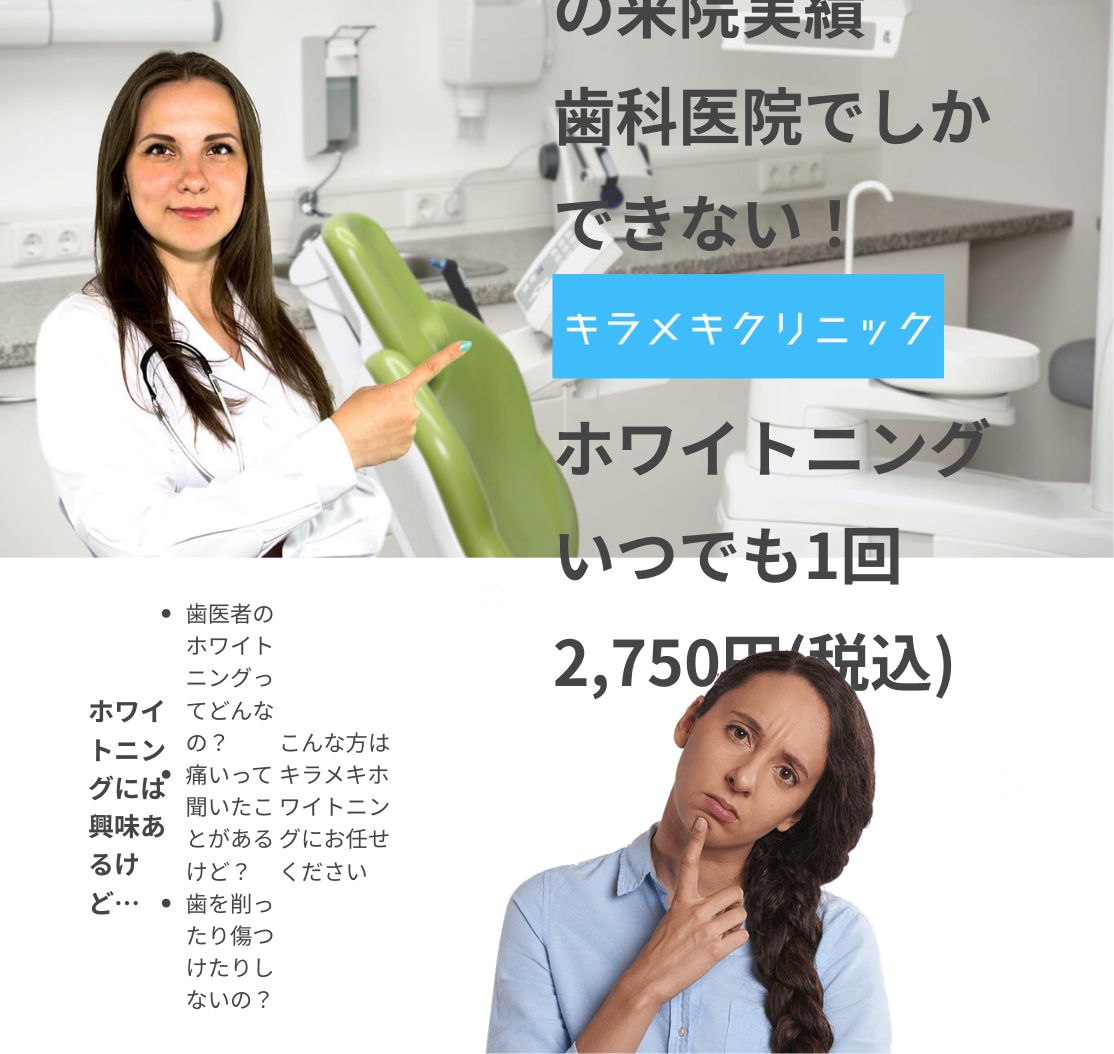
Repository: ryu-nuno/tech_academy_subwork
Page: first/index.html
The author's editor kept a record of every edit. The page is drawn from the files as they stood at one moment, then again after the next edit.
The browser window is 1280 px wide. The pictures show the whole page, at 87% of full size.
Some web libraries are served in a nearby version.

Above is the page before.

### first/index.html
<!DOCTYPE html>
<html lang="ja">

  <head>
    <title>first</title>
  <meta charset="utf-8">
  <meta name="description" content="kirameki clinic">
  <meta name="viewport" content="width=device-width, initial-scale=1">
  <meta property="og:site_name" content="キラメキクリニック｜歯科医院でホワイトニング" />
  <meta property="og:title" content="キラメキクリニック｜歯科医院でホワイトニング">
  <meta property="og:description" content="キラメキクリニックは、年間15万人以上の来院実績がある歯科医院です。有資格者によるプロの施術を1回2,750円〜で手軽にホワイトニングができます。ホワイトニングをしてみたい方はお問い合わせの上ぜひご来院ください！">
  <meta property="og:type" content="article">
  <meta property="og:url" content="https://demo.techacademy.jp/sidejob-selfstudy1/">
  <meta property="og:image" content="https://demo.techacademy.jp/sidejob-selfstudy1/images/main_pc.jpg">
  <meta property="og:locale" content="ja_JP">
  <link rel="stylesheet" href="assets/ress/ress.min.css">
  <link rel="stylesheet" href="css/style.css">
  <script src="https://kit.fontawesome.com/ab2670e4fc.js" crossorigin="anonymous"></script>
  </head>

  <body>
    <header class="container">
    <div class="contents_width">
      <div class="wrapper">
        <h1>
          <span>年間15万人以上の来院実績</span>
          <span>歯科医院でしかできない！</span>
          <img src="img/logo_top.png" alt="キラメキクリニック">
        </h1>
        <p>
          <span>ホワイトニング</span>
          <span>いつでも1回2,750円(税込)</span>
        </p>
      </div>
    </div>
  </header>

  <section class="interest bg_stripe container">
    <div class="contents_width">
      <h3>ホワイトニングには興味あるけど…</h3>
      <ul>
        <li>歯医者のホワイトニングってどんなの？</li>
        <li>痛いって聞いたことがあるけど？</li>
        <li>歯を削ったり傷つけたりしないの？</li>
      </ul>
      <p>こんな方はキラメキホワイトニングにお任せください</p>
      <img src="images/thinking_w.png" alt="ホワイトニングの疑問イメージ">
    </div>
  </section>
  </body>

### first/assets/ress/ress.min.css
/*!
 * ress.css • v4.0.0
 * MIT License
 * github.com/filipelinhares/ress
 */html{box-sizing:border-box;-webkit-text-size-adjust:100%;word-break:normal;-moz-tab-size:4;tab-size:4}*,:after,:before{background-repeat:no-repeat;box-sizing:inherit}:after,:before{text-decoration:inherit;vertical-align:inherit}*{padding:0;margin:0}hr{overflow:visible;height:0;color:inherit}details,main{display:block}summary{display:list-item}small{font-size:80%}[hidden]{display:none}abbr[title]{border-bottom:none;text-decoration:underline;text-decoration:underline dotted}a{background-color:transparent}a:active,a:hover{outline-width:0}code,kbd,pre,samp{font-family:monospace,monospace}pre{font-size:1em}b,strong{font-weight:bolder}sub,sup{font-size:75%;line-height:0;position:relative;vertical-align:baseline}sub{bottom:-.25em}sup{top:-.5em}table{border-color:inherit;text-indent:0}input{border-radius:0}[disabled]{cursor:default}[type=number]::-webkit-inner-spin-button,[type=number]::-webkit-outer-spin-button{height:auto}[type=search]{-webkit-appearance:textfield;outline-offset:-2px}[type=search]::-webkit-search-decoration{-webkit-appearance:none}textarea{overflow:auto;resize:vertical}button,input,optgroup,select,textarea{font:inherit}optgroup{font-weight:700}button{overflow:visible}button,select{text-transform:none}[role=button],[type=button],[type=reset],[type=submit],button{cursor:pointer;color:inherit}[type=button]::-moz-focus-inner,[type=reset]::-moz-focus-inner,[type=submit]::-moz-focus-inner,button::-moz-focus-inner{border-style:none;padding:0}[type=button]::-moz-focus-inner,[type=reset]::-moz-focus-inner,[type=submit]::-moz-focus-inner,button:-moz-focusring{outline:1px dotted ButtonText}[type=reset],[type=submit],button,html [type=button]{-webkit-appearance:button}button,input,select,textarea{background-color:transparent;border-style:none}a:focus,button:focus,input:focus,select:focus,textarea:focus{outline-width:0}select{-moz-appearance:none;-webkit-appearance:none}select::-ms-expand{display:none}select::-ms-value{color:currentColor}legend{border:0;color:inherit;display:table;white-space:normal;max-width:100%}::-webkit-file-upload-button{-webkit-appearance:button;color:inherit;font:inherit}img{border-style:none}progress{vertical-align:baseline}[aria-busy=true]{cursor:progress}[aria-controls]{cursor:pointer}[aria-disabled=true]{cursor:default}

### first/css/style.css
@charset "UTF-8"; /* 文字コードの指定 */
@import url('https://fonts.googleapis.com/css2?family=Noto+Sans+JP:wght@400;700;900&display=swap');
@import url('https://fonts.googleapis.com/css2?family=Noto+Serif+JP:wght@400;700&display=swap');


body{
    font-size: 1.6rem;
    color: #454545;
    font-family: "Noto Sans JP", "Helvetica Neue", Arial, "Hiragino Kaku Gothic ProN", "Hiragino Sans", Meiryo, sans-serif;
}

header{
    background-image: url(../img/main_pc.jpg);
    background-size: cover;
    height: 50.073vw;
}

.container{
    padding: 0 7.9vw;
}

.contents_width{
    display: flex;
    height:100%;
    justify-content:flex-end;
    align-items:center;
}

.wrapper{
    width:42.4567vw;
}

.wrapper span{
    font-weight: 900;
    display: inline-block;
    font-size: 4.5rem;
    line-height: calc(4.5rem + 1.6rem * 2);
}

After the next edit:
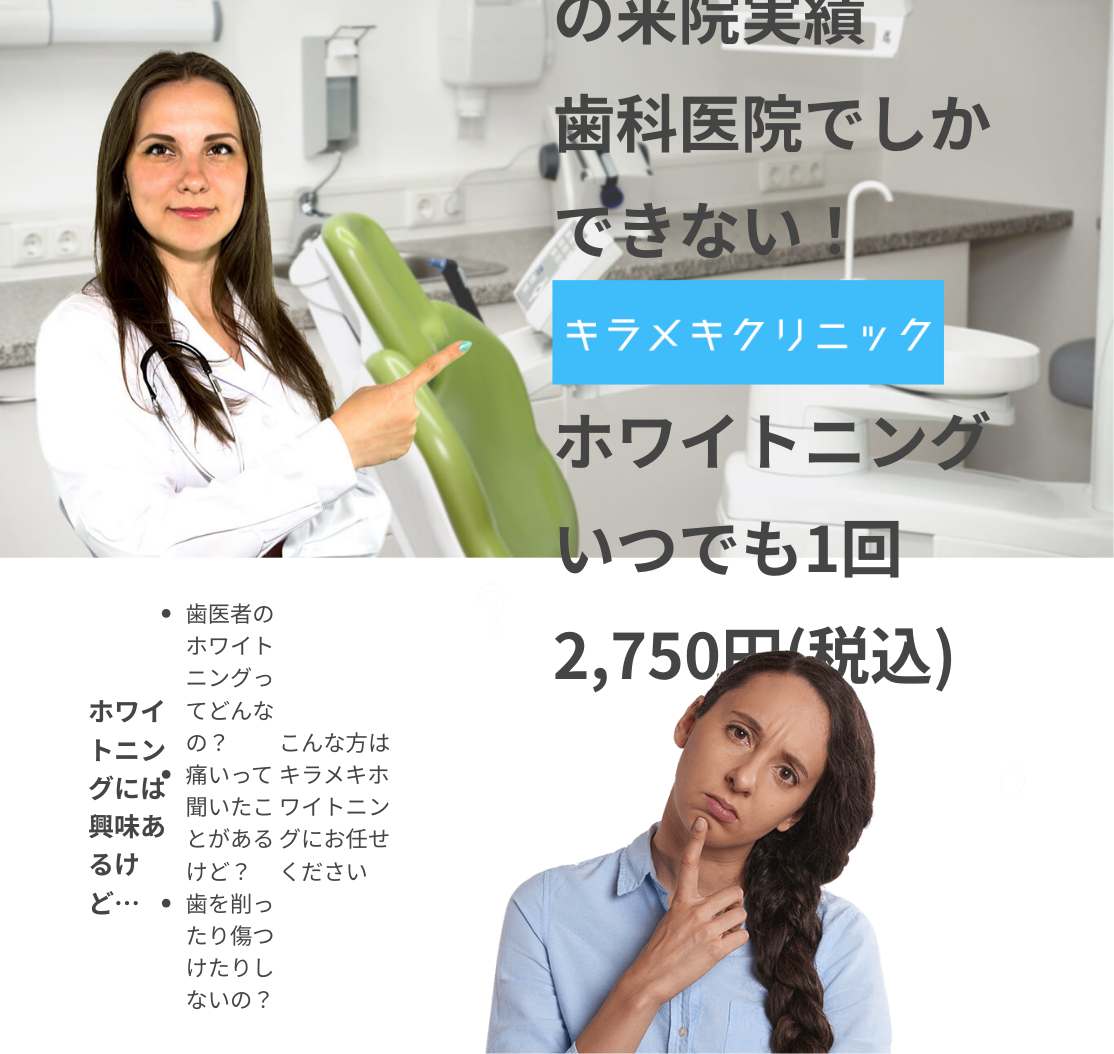
The edit:
--- a/first/css/style.css
+++ b/first/css/style.css
@@ -30,6 +30,10 @@
     width:42.4567vw;
 }
 
+.wrapper h1{
+    font-size: 0;
+}
+
 .wrapper span{
     font-weight: 900;
     display: inline-block;
